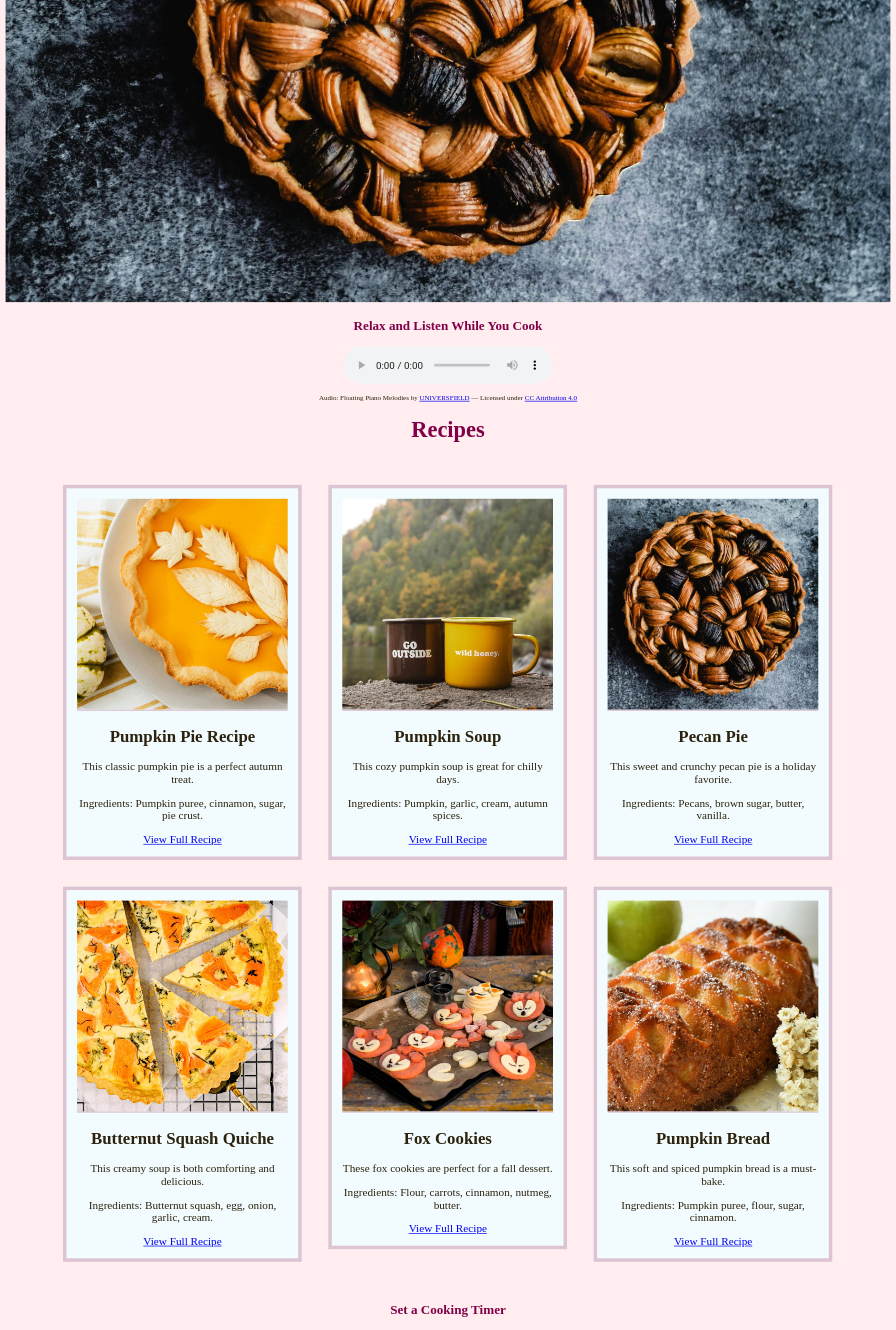
Repository: Brittany-Westlund/MART341-WebDesign
Page: WebDesignHomework/Assignment8/recipes.html
An editor plug-in stored every save of this project. The page is shown before and after the next save, followed by the edit.
The browser window is 1280 px wide. The pictures show the part of the page from y = 492 to 2392 px (the page is 3050 px tall), at 70% of full size.
Pictures or frames that could not be fetched are drawn as grey boxes.

Above is the page before, as saved 2024-10-13 13:18:54.

After the next save:
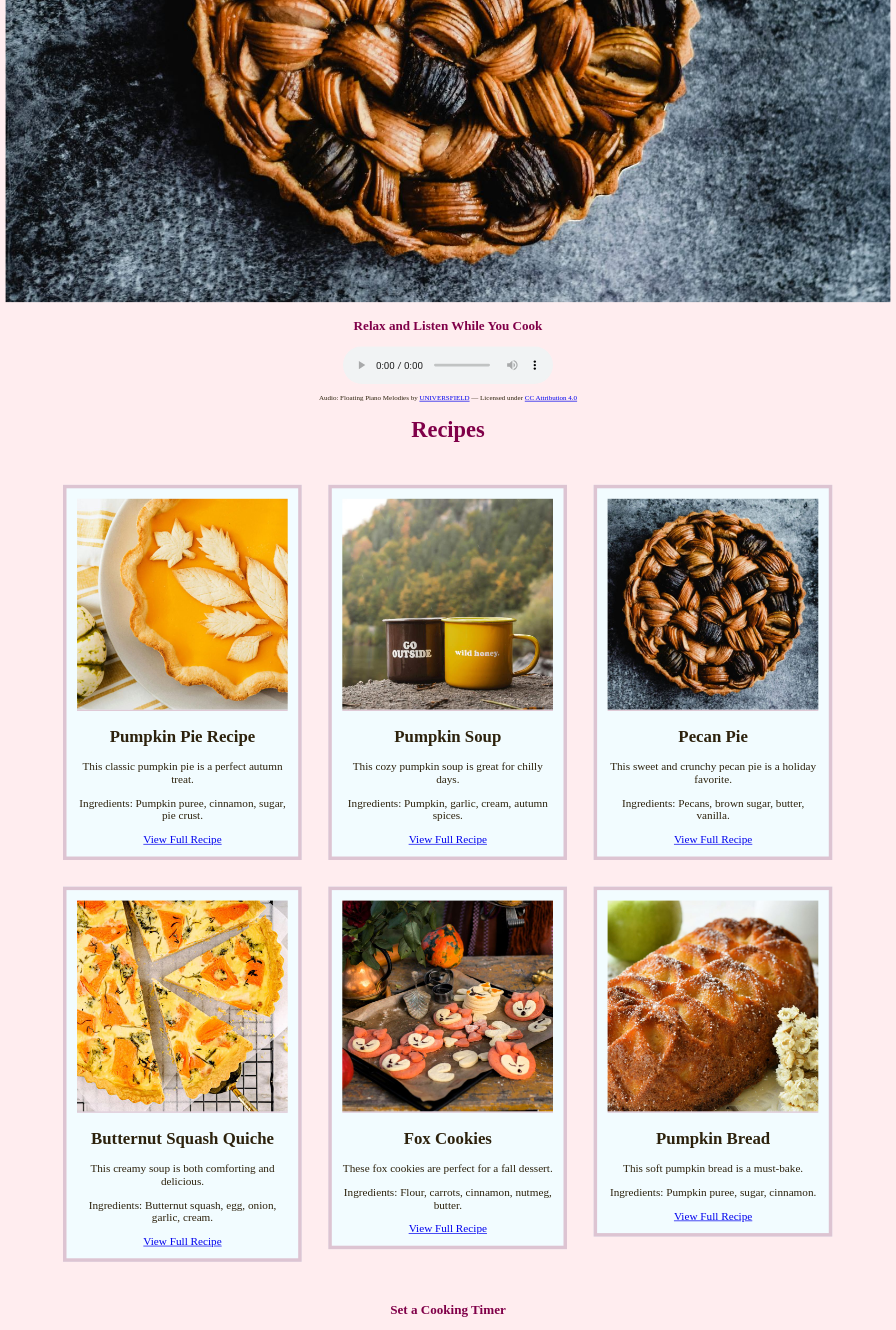
Saved 70 s later.
--- a/WebDesignHomework/Assignment8/recipes.html
+++ b/WebDesignHomework/Assignment8/recipes.html
@@ -114,8 +114,8 @@
         <div class="recipe">
             <img src="images/autumn-bundt-cake-square.jpg" alt="Pumpkin Bread">
             <h2>Pumpkin Bread</h2>
-            <p>This <span class="special-note">soft and spiced pumpkin bread</span> is a must-bake.</p>
-            <p>Ingredients: Pumpkin puree, flour, sugar, cinnamon.</p>
+            <p>This <span class="special-note">soft pumpkin bread</span> is a must-bake.</p>
+            <p>Ingredients: Pumpkin puree, sugar, cinnamon.</p>
             <a href="https://letsdishrecipes.com/autumn-spice-bundt-cake/" target="_blank">View Full Recipe</a>
         </div>
 
